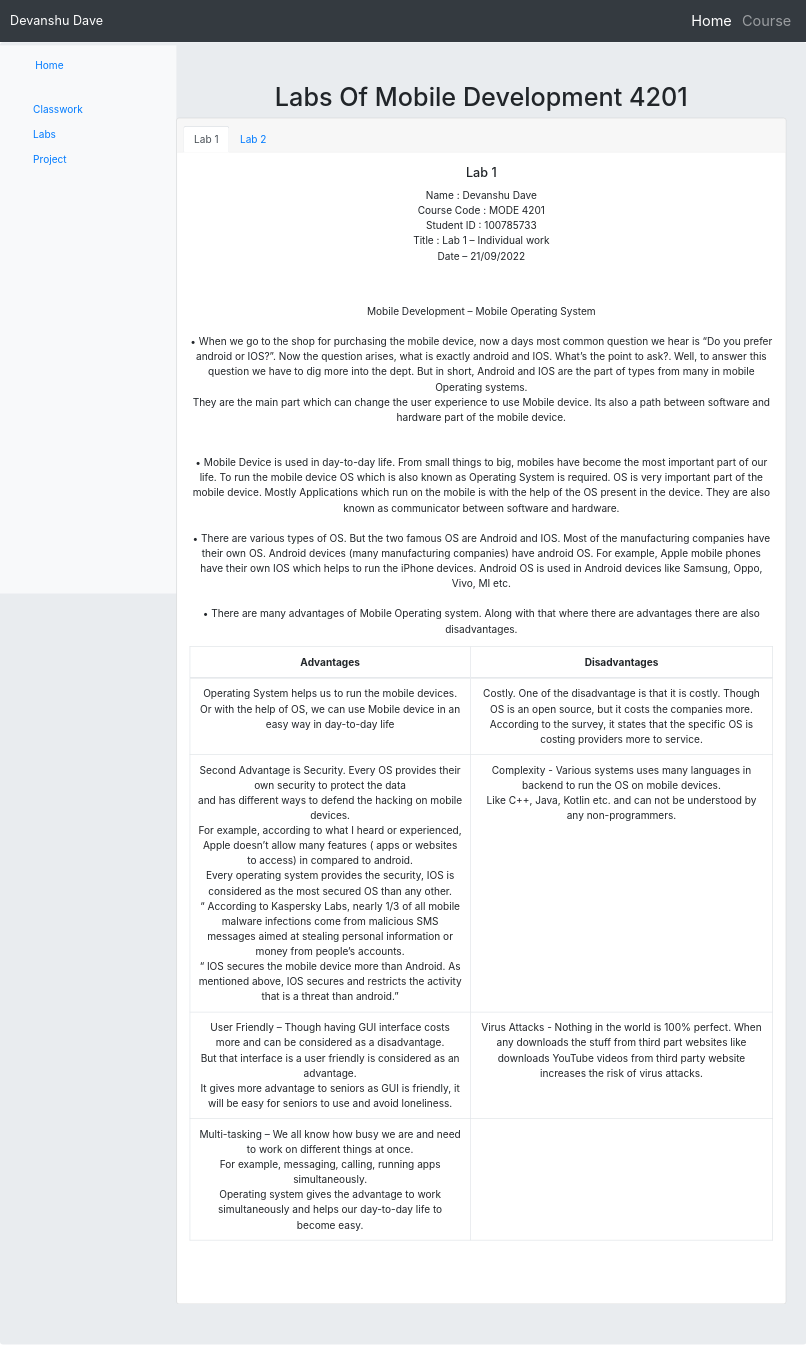
Repository: devanshudave1901/Mobile-Dev-Website
Page: labs.html
An editor plug-in stored every save of this project. The page is shown before and after the next save, followed by the edit.
The browser window is 1280 px wide. The pictures show the whole page, at 63% of full size.
Some web libraries are served in a nearby version.

Above is the page before, as saved 2022-10-05 15:52:00.

### labs.html
<!DOCTYPE html>
<html lang="en">
  <head>
    <meta charset="UTF-8" />
    <meta http-equiv="X-UA-Compatible" content="IE=edge" />
    <meta name="viewport" content="width=device-width, initial-scale=1.0" />
    <link
      rel="stylesheet"
      href="https://cdn.jsdelivr.net/npm/bootstrap@4.0.0/dist/css/bootstrap.min.css"
      integrity="sha384-Gn5384xqQ1aoWXA+058RXPxPg6fy4IWvTNh0E263XmFcJlSAwiGgFAW/dAiS6JXm"
      crossorigin="anonymous"
    />
    <link
      href="https://maxcdn.bootstrapcdn.com/font-awesome/4.2.0/css/font-awesome.min.css"
      rel="stylesheet"
    />
    <link rel="stylesheet" href="./css/style.css" />

    <style>
      .navbar-nav {
        margin-left: auto;
        font-size: 23px;
      }
      .welcomeHeading {
        text-shadow: 2px 2px red;
        text-align: center;
      }
      .welcomeText {
        text-align: center;
        font-family: "Sofia", sans-serif;
      }
      .featurette-heading {
        font-weight: 300;
        line-height: 1;
        letter-spacing: -0.05rem;
        margin-top: 20%;
      }
      .profileIamge {
        width: 250px;

        left: 300px;
      }
      .mobileDevProfile {
        margin-top: 10%;
        left: 100px;
      }
      .main {
        display: flex;
        flex-wrap: nowrap;
        height: 100vh;
        height: -webkit-fill-available;
        max-height: 100vh;
        overflow-x: auto;
        overflow-y: hidden;
      }
      .sideBar {
        height: 870px;
      }
    </style>
    <script
      src="https://code.jquery.com/jquery-3.2.1.slim.min.js"
      integrity="sha384-KJ3o2DKtIkvYIK3UENzmM7KCkRr/rE9/Qpg6aAZGJwFDMVNA/GpGFF93hXpG5KkN"
      crossorigin="anonymous"
    ></script>
    <script
      src="https://cdn.jsdelivr.net/npm/popper.js@1.12.9/dist/umd/popper.min.js"
      integrity="sha384-ApNbgh9B+Y1QKtv3Rn7W3mgPxhU9K/ScQsAP7hUibX39j7fakFPskvXusvfa0b4Q"
      crossorigin="anonymous"
    ></script>
    <script
      src="https://cdn.jsdelivr.net/npm/bootstrap@4.0.0/dist/js/bootstrap.min.js"
      integrity="sha384-JZR6Spejh4U02d8jOt6vLEHfe/JQGiRRSQQxSfFWpi1MquVdAyjUar5+76PVCmYl"
      crossorigin="anonymous"
    ></script>
    <title>Mobile Development - Lab 2</title>
  </head>
  <body>
    <div id="navBar">
      <nav class="navbar sticky-top navbar-expand-lg navbar-dark bg-dark">
        <a class="navbar-brand" href="#">Devanshu Dave</a>

        <div class="collapse navbar-collapse" id="navbarNavDropdown">
          <ul class="navbar-nav" mr-auto>
            <li class="nav-item active">
              <a class="nav-link" href="./index.html"
                >Home <span class="sr-only">(current)</span></a
              >
            </li>
            <li class="nav-item">
              <a class="nav-link" href="./course.html">Course</a>
            </li>
          </ul>
        </div>
      </nav>
    </div>
    <div id="sideBar">
        <div
        class="d-flex flex-column flex-shrink-0 p-3 bg-light sideBar"
        style="width: 280px"
      >
        <a
          href="/"
          class="d-flex align-items-center mb-3 mb-md-0 me-md-auto link-dark text-decoration-none"
        >
          <svg class="bi me-2" width="40" height="32">
            <use xlink:href="#bootstrap" />
          </svg>
          <span class="fs-4">Home</span>
        </a>
        <hr />
        <ul class="nav nav-pills flex-column mb-auto">
          <li>
            <a href="index.html" class="nav-link link-dark">
              <svg class="bi me-2" width="16" height="16">
                <use xlink:href="#table" />
              </svg>
              Classwork
            </a>
          </li>
          <li class="nav-item">
            <a href="labs.html" class="nav-link" aria-current="page">
              <svg class="bi me-2" width="16" height="16">
                <use xlink:href="#home" />
              </svg>
              Labs
            </a>
          </li>
          <li>
            <a href="#" class="nav-link link-dark">
              <svg class="bi me-2" width="16" height="16">
                <use xlink:href="#speedometer2" />
              </svg>
              Project
            </a>
          </li>
        </ul>
        <hr />
      </div>
      <br />
      <br />
      <br />
    </div></div>
    <div id="mainBar">
        <div class="jumbotron">
        <h1>Labs Of Mobile Development 4201</h1>

        <div class="card text-center">
            <div class="card-header">
              <ul class="nav nav-tabs card-header-tabs">
                <li class="nav-item">
                  <a class="nav-link active" href="">Lab 1</a>
                </li>
                <li class="nav-item">
                  <a class="nav-link" href="#">Lab 2</a>
                </li>

              </ul>
            </div>
            <div class="card-body">
              <h5 class="card-title">Lab 1</h5>
              <p class="card-text">
                Name : Devanshu Dave <br/>
				Course Code : MODE 4201<br/>
				Student ID : 100785733<br/>
				Title : Lab 1 – Individual work<br/>
				Date – 21/09/2022<br/>

              </p>
              <br/>
              <br/>
              <p>
                Mobile Development – Mobile Operating System<br/><br/>

                •	When we go to the shop for purchasing the mobile device, now a days most common question we hear is “Do you prefer android or IOS?”. Now the question arises, what is exactly android and IOS. What’s the point to ask?. Well, to answer this question we have to dig more into the dept. But in short, Android and IOS are the part of types from many in mobile Operating systems. <br/>They are the main part which can change the user experience to use Mobile device. Its also a path between software and hardware part of the mobile device. <br/><br/><br/>
                •	Mobile Device is used in day-to-day life. From small things to big, mobiles have become the most important part of our life. To run the mobile device OS which is also known as Operating System is required. OS is very important part of the mobile device. Mostly Applications which run on the mobile is with the help of the OS present in the device. They are also known as communicator between software and hardware.<br/><br/>
                •	 There are various types of OS. But the two famous OS are Android and IOS. Most of the manufacturing companies have their own OS. Android devices (many manufacturing companies) have android OS. For example, Apple mobile phones have their own IOS which helps to run the iPhone devices. Android OS is used in Android devices like Samsung, Oppo, Vivo, MI etc.<br/><br/>
                •	 There are many advantages of Mobile Operating system. Along with that where there are advantages there are also disadvantages. <br/>

              </p>
              <table class="table table-bordered">
                <thead>
                  <tr>

                    <th scope="col">Advantages</th>
                    <th scope="col">Disadvantages</th>

                  </tr>
                </thead>
                <tbody>
                  <tr>

                    <td>Operating System helps us to run the mobile devices.
                         Or with the help of OS, we can use Mobile device in an
                         easy way in day-to-day life</td>
                    <td>Costly. One of the disadvantage is that it is costly.
                        Though OS is an open source, but it costs the companies more.
                         According to the survey, it states that the specific OS is costing providers more to service.</td>
                  </tr>
                  <tr>
                    <td>Second Advantage is Security. Every OS provides their own security to protect the data  <br/>and has different ways to defend the hacking on mobile devices.
                        <br/> For example, according to what I heard or experienced,<br/> Apple doesn’t allow many features ( apps or websites to access) in compared to android.<br/>
                         Every operating system provides the security, IOS is considered as the most secured OS than any other.
                         <br/>   “ According to Kaspersky Labs, nearly 1/3 of all mobile malware infections come from malicious SMS messages aimed at stealing personal information or money from people’s accounts. <br/>“ IOS secures the mobile device more than Android.
                         As mentioned above, IOS secures and restricts the activity that is a threat than android.”</td>
                    <td>  Complexity -  Various systems uses many languages in backend to run the OS on mobile devices.
                        <br/>  Like C++, Java, Kotlin etc. and can not be understood by any non-programmers.</td>
                  </tr>
                  <tr>
                    <td>
                        User Friendly – Though having GUI interface costs more and can be
                         considered as a disadvantage. <br/>But that interface is a user friendly is considered as an advantage.
                         <br/> It gives more advantage to seniors as GUI is friendly, it will be
                         easy for seniors to use and avoid loneliness.
                    </td>
                    <td>
                        Virus Attacks -  Nothing in the world is 100% perfect.
                        When any downloads the stuff from third part websites like downloads YouTube
                        videos from third party website increases the risk of virus attacks.
                    </td>
                  </tr>
                  <tr>
                    <td>
                        Multi-tasking – We all know how busy we are and need to work on different things at once.
                        <br/>For example, messaging, calling, running apps simultaneously.
                         <br/>Operating system gives the advantage to work simultaneously and helps our day-to-day life to become easy.
                    </td>
                  </tr>
                </tbody>
              </table>
              <br>
              <br>

              <p>

              </p>
            </div>
          </div>
      </div></div>
  </body>
</html>

### css/style.css
#sideBar {
  height: 570px;
  margin-top: 5px;
  float: left;
  /* text-align: center; */
}

#mainBar {
  text-align: center;
}

After the next save:
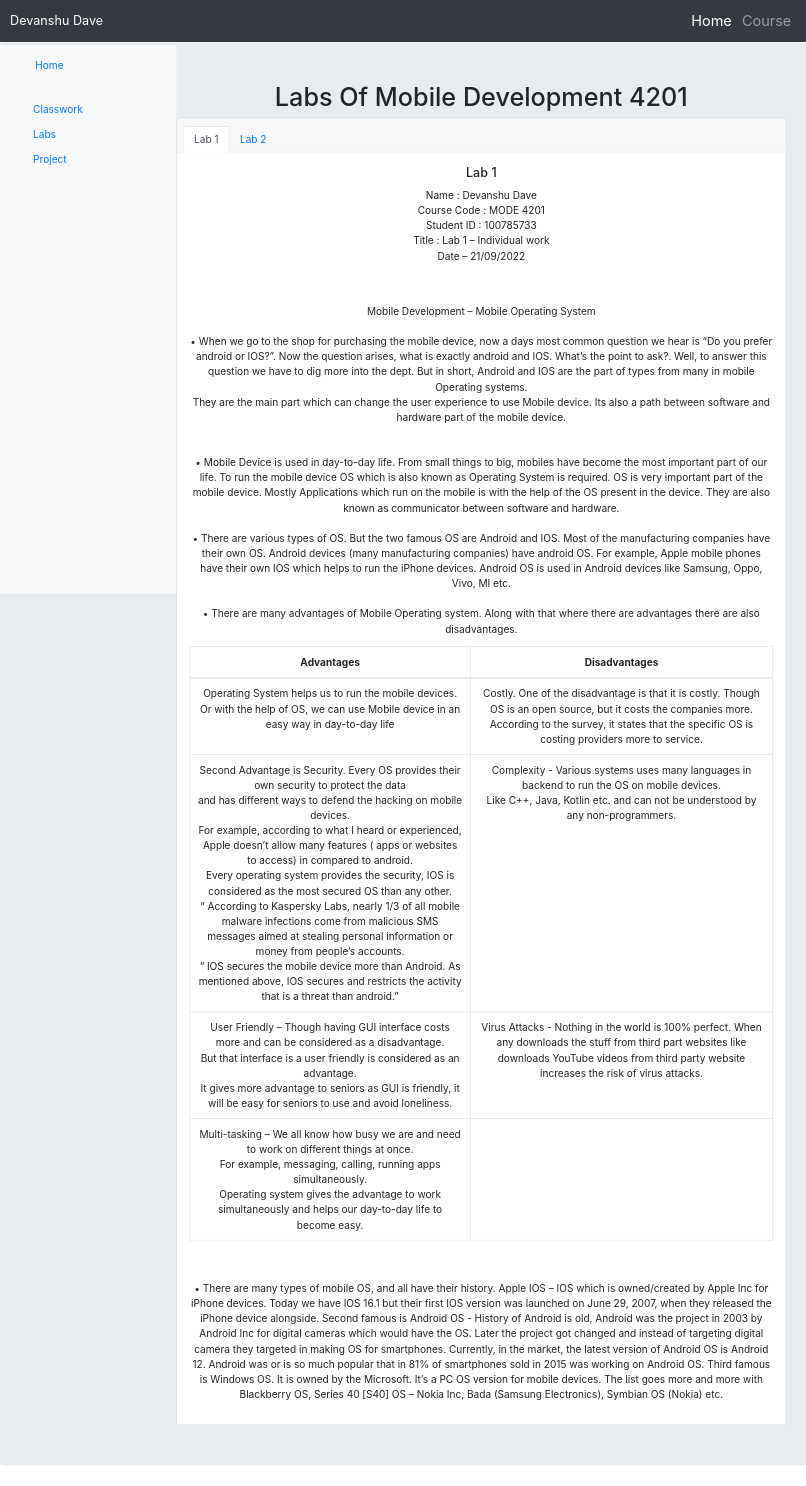
Saved 33 s later.
--- a/labs.html
+++ b/labs.html
@@ -231,7 +231,12 @@
               <br>
 
               <p>
-
+                •	There are many types of mobile OS, and all have their history.  Apple IOS – IOS which is owned/created by Apple Inc for iPhone devices.
+                  Today we have IOS 16.1 but their first IOS version was launched on June 29, 2007, when they released  the iPhone device alongside.
+                   Second famous is Android  OS -  History of Android is old, Android was  the project in 2003 by Android Inc for digital cameras which would have the OS.
+                   Later the project got changed and instead of targeting digital camera they targeted in making OS for smartphones. Currently, in the market, the latest version of Android OS is Android 12.
+                   Android was or is so much popular that in 81% of smartphones sold in 2015 was working on Android OS. Third famous is Windows OS. It is owned by the Microsoft. It’s a PC OS version for mobile devices.
+                    The list goes more and more with Blackberry OS, Series 40 [S40] OS – Nokia Inc, Bada (Samsung Electronics), Symbian OS (Nokia) etc.
               </p>
             </div>
           </div>
